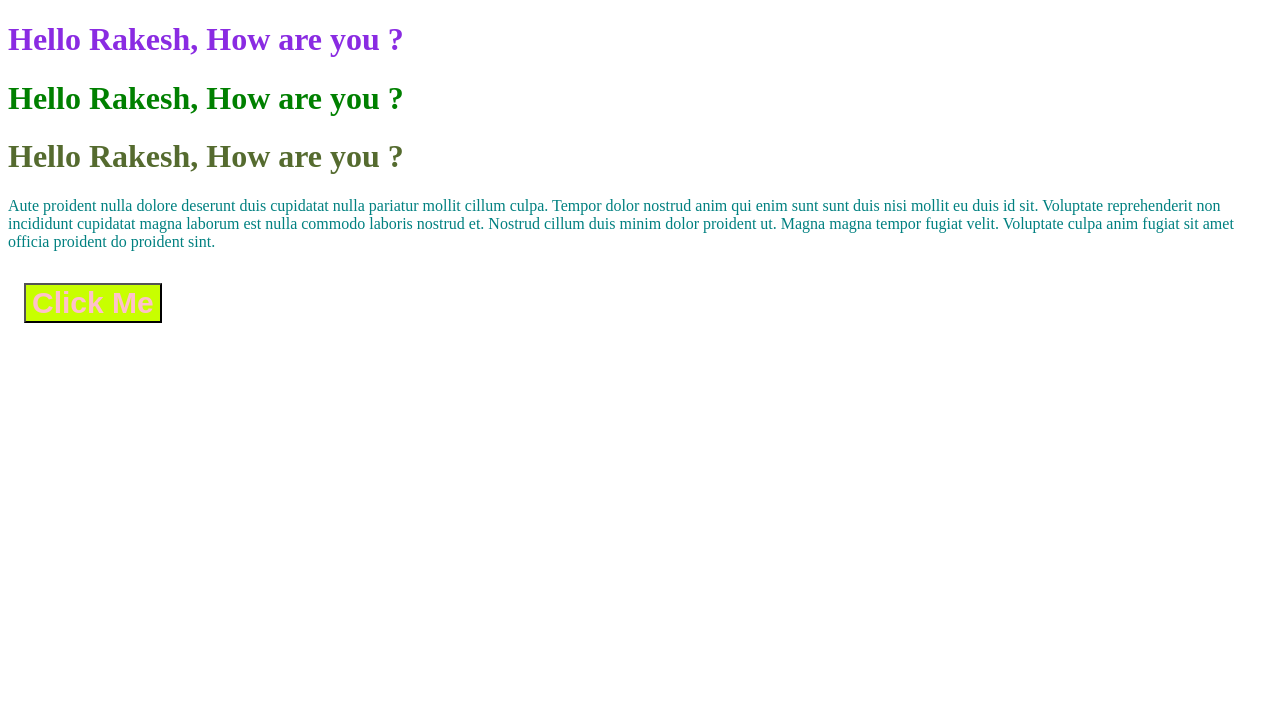
Repository: rakeshkolpepatil/CSS_Apana_College
Page: index.html
These files come from the project's save history. The page is drawn as it stood at one moment and after the next save; the edit follows.
The browser window is 1280 px wide. The pictures show the whole page.

Above is the page before, as saved 2023-06-21 18:53:02.

### index.html
<!DOCTYPE html>
<html lang="en">
<head>
  <meta charset="UTF-8">
  <meta name="viewport" content="width=device-width, initial-scale=1.0">
  <title>CSS Level 1</title>
  <link rel="stylesheet" href="style.css" >
  <style>
    /* h1{
      color:cornflowerblue
    } */
  </style>
</head>
<body>
  <h1 style="color:blueviolet"> Hello Rakesh, How are you ?</h1>
  <h1 style="color:green"> Hello Rakesh, How are you ?</h1>
  <h1> Hello Rakesh, How are you ?</h1>
  <p>
    Aute proident nulla dolore deserunt duis cupidatat nulla pariatur mollit cillum culpa. Tempor dolor nostrud anim qui enim sunt sunt duis nisi mollit eu duis id sit. Voluptate reprehenderit non incididunt cupidatat magna laborum est nulla commodo laboris nostrud et. Nostrud cillum duis minim dolor proident ut. Magna magna tempor fugiat velit. Voluptate culpa anim fugiat sit amet officia proident do proident sint.
  </p>
  <button> Click Me </button>
</body>
</html>

### style.css
h1{
  color:darkolivegreen
}
p{
  /* color:blueviolet */
  color:teal
}
button{
  color:pink;
  font-size: 30px;
  font-weight: 600;
  /* background-color: green; */
  background-color: rgb(200,255,0);
  /* padding: 1rem; */
  margin: 1rem;
}

After the next save:
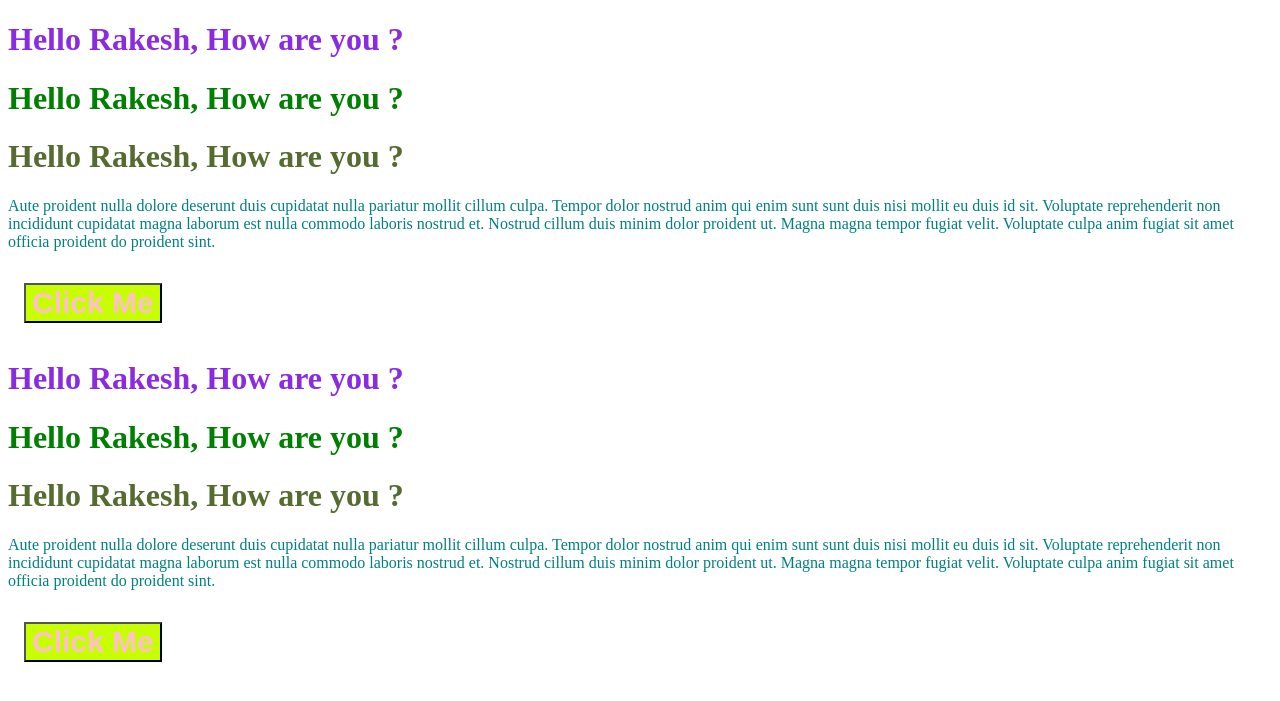
Saved 9 min 25 s later.
--- a/index.html
+++ b/index.html
@@ -19,5 +19,14 @@
     Aute proident nulla dolore deserunt duis cupidatat nulla pariatur mollit cillum culpa. Tempor dolor nostrud anim qui enim sunt sunt duis nisi mollit eu duis id sit. Voluptate reprehenderit non incididunt cupidatat magna laborum est nulla commodo laboris nostrud et. Nostrud cillum duis minim dolor proident ut. Magna magna tempor fugiat velit. Voluptate culpa anim fugiat sit amet officia proident do proident sint.
   </p>
   <button> Click Me </button>
+
+  <h1 style="color:blueviolet"> Hello Rakesh, How are you ? </h1>
+  <h1 style="color:green"> Hello Rakesh, How are you ? </h1>
+  <h1> Hello Rakesh, How are you ? </h1>
+  <p>
+    Aute proident nulla dolore deserunt duis cupidatat nulla pariatur mollit cillum culpa. Tempor dolor nostrud anim qui enim sunt sunt duis nisi mollit eu duis id sit. Voluptate reprehenderit non incididunt cupidatat magna laborum est nulla commodo laboris nostrud et. Nostrud cillum duis minim dolor proident ut. Magna magna tempor fugiat velit. Voluptate culpa anim fugiat sit amet officia proident do proident sint.
+  </p>
+  <button> Click Me </button>
+
 </body>
 </html>
